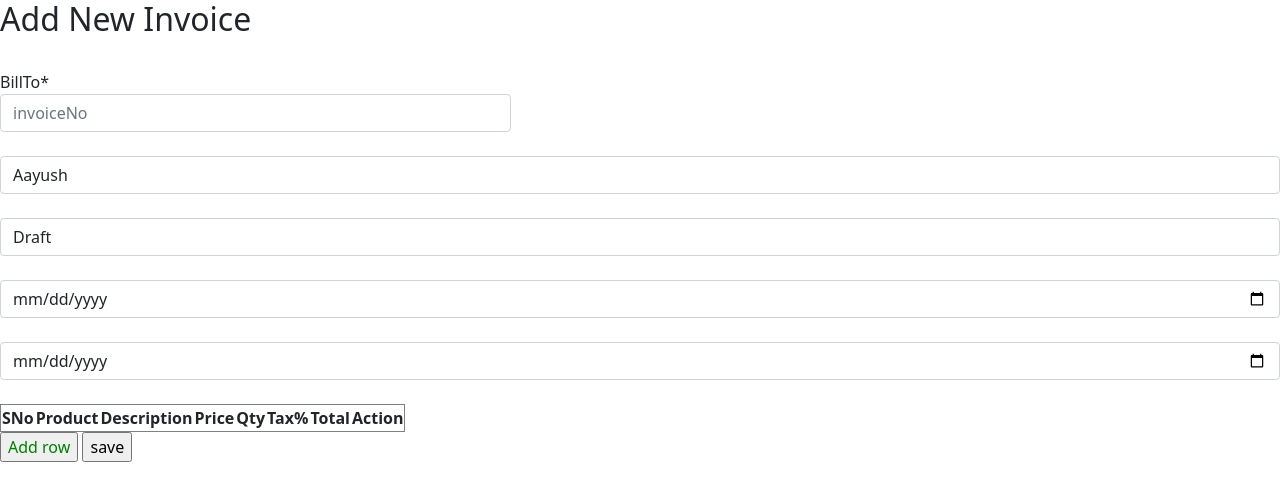
Repository: Aayush13013/Invoice_Management_app
Page: http://localhost/invoiceInfo/WEB-INF/jsp/new_invoiceInfo.jsp
These files come from the project's save history. The page is drawn as it stood at one moment and after the next save; the edit follows.
The browser window is 1280 px wide. The pictures show the whole page.
The page is served by Tomcat 9. Nobody is signed in. Other server files are loaded and not shown. The template is opened directly, without the code that normally fills it, so the values that code supplies are empty.

Above is the page before, as saved 2021-12-27 15:56:28.

### invoiceInfo/invoiceInfo/src/main/webapp/WEB-INF/jsp/new_invoiceInfo.jsp
<%@ page language="java" contentType="text/html; charset=ISO-8859-1"
    pageEncoding="ISO-8859-1"%>
    <%@ taglib prefix="form" uri="http://www.springframework.org/tags/form"%>
	<%@ taglib prefix="c" uri="http://java.sun.com/jsp/jstl/core"%>


	<!DOCTYPE html>
<html>

<head>
    <meta charset="ISO-8859-1">
    <title>Add New Invoice</title>
    <link href="https://cdn.jsdelivr.net/npm/bootstrap@5.0.2/dist/css/bootstrap.min.css" rel="stylesheet"
        integrity="sha384-EVSTQN3/azprG1Anm3QDgpJLIm9Nao0Yz1ztcQTwFspd3yD65VohhpuuCOmLASjC" crossorigin="anonymous">


</head>

<body>
    <script>
        function addRows(id) {
            var table = document.getElementById(id);
            var array=["Computer","Mobile","PenDrive","Mouse"];

            var rowCount = table.rows.length;
            var row = table.insertRow(rowCount);
            var counts = rowCount-1;


            var cell0 = row.insertCell(0);
            cell0.innerHTML = rowCount ;


            var cell1 = row.insertCell(1);
            var element1 = document.createElement("select");
            element1.name="listOfProducts["+counts+"].productName";
            for(var i=0; i<array.length;i++){
            	var option = document.createElement("option");
            	option.value=array[i];
            	option.text=array[i];
            	element1.appendChild(option);
            }
            cell1.appendChild(element1);


            var cell2 = row.insertCell(2);
            var element2 = document.createElement("textarea");
            element2.type = "text";
            element2.name="listOfProducts["+counts+"].description";
            cell2.appendChild(element2);

            var cell3 = row.insertCell(3);
            var element3 = document.createElement("input");
            element3.type = "number";
            element3.name="listOfProducts["+counts+"].price";
            cell3.appendChild(element3);

            var cell4 = row.insertCell(4);
            var element4 = document.createElement("input");
            element4.type = "number";
            element4.name="listOfProducts["+counts+"].qty";
            cell4.appendChild(element4);

            var cell5 = row.insertCell(5);
            var element5 = document.createElement("input");
            element5.type = "number";
            element5.name="listOfProducts["+counts+"].taxPercent";
            cell5.appendChild(element5);

            var cell6 = row.insertCell(6);
            var element6 = document.createElement("input");
            element6.type = "number";
            element6.name="listOfProducts["+counts+"].total";
            cell6.appendChild(element6);


        }
    </script>


    <h2>Add New Invoice</h2><br>



    <form:form action="/saveInvoice" modelAttribute="invoiceInfo" method="POST">
        <form:hidden path="id" placeholder="id" class="form-control mb-4 col-4" />
		<div class="form-row">
		<div class="form-group col-md-2">
			<label>BillTo*</label>
		</div>
		<div class="form-group col-md-4">
        <form:input type="text" path="invoiceNo" placeholder="invoiceNo" class="form-control mb-4 col-4" style="width:511px;"/>
		</div>



		</div>
        <form:select path="billTo"  class="form-control mb-4 col-4" required="required" >
        	<optgroup label="Select_Customer">
	        	<form:option value="Aayush"></form:option>
	        	<form:option value="Shridhar"></form:option>
	        	<form:option value="Suneel"></form:option>
	        	<form:option value="Lekhana"></form:option>
        	</optgroup>
        </form:select>

        <form:select  path="status" class="form-control mb-4 col-4" >
	        <optgroup label="Select_Status">
	        	<form:option value="Draft"></form:option>
	        	<form:option value="Sent"></form:option>
	        	<form:option value="Paid"></form:option>
        	</optgroup>
        </form:select>

        <form:input type="date" path="invoiceDate" placeholder="invoiceDate" class="form-control mb-4 col-4" />

        <form:input type="date" path="dueDate" placeholder="dueDate" class="form-control mb-4 col-4" />

        <table id="myTable"  border="1">
            <thead>
                <tr>
                    <th>SNo</th>
                    <th>Product</th>
                    <th>Description</th>
                    <th>Price</th>
                    <th>Qty</th>
                    <th>Tax%</th>
                    <th>Total</th>
                    <th>Action</th>
                </tr>

            </thead>

        </table>
        <input type="button" value="Add row" onclick="addRows('myTable')" style="color:green;" />
        <input type="submit" value="save" />
    </form:form>
</body>

</html>

After the next save:
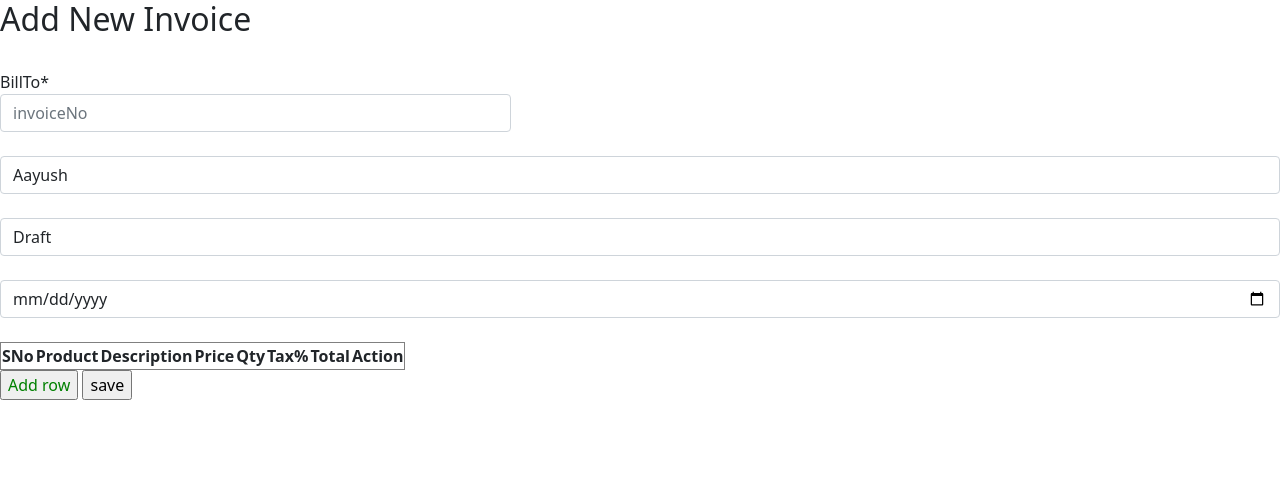
Saved 7 s later.
--- a/invoiceInfo/invoiceInfo/src/main/webapp/WEB-INF/jsp/new_invoiceInfo.jsp
+++ b/invoiceInfo/invoiceInfo/src/main/webapp/WEB-INF/jsp/new_invoiceInfo.jsp
@@ -112,7 +112,7 @@
         	</optgroup>
         </form:select>
 
-        <form:input type="date" path="invoiceDate" placeholder="invoiceDate" class="form-control mb-4 col-4" />
+
 
         <form:input type="date" path="dueDate" placeholder="dueDate" class="form-control mb-4 col-4" />
 
